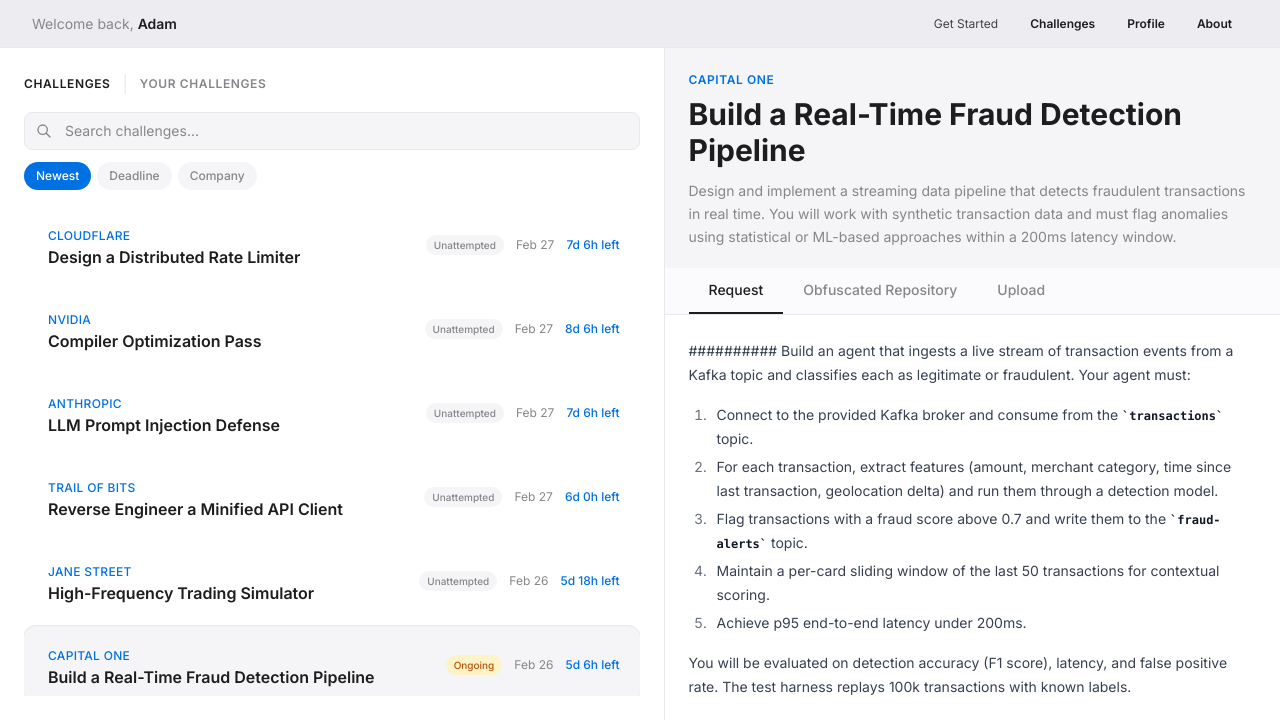
Repository: Ypout07/raikes-hacks
Page: / (app in web/)
The author's editor kept a copy of each file at every save. The page is drawn from the files as they stood at one save, then again after the next save.
The browser window is 1280 px wide. The pictures show the whole page.
An inner scrolling area shows only its first screen. The project was rebuilt for these pictures with package versions that can differ from the ones it lists, and the page was loaded fresh each time. The framework's server and built-in components were replaced by stand-ins that run in the browser. Also part of the build but not shown: web/next.config.ts.

Above is the page before, as saved 2026-02-28 21:57:25.

### web/src/app/layout.tsx
import type { Metadata } from "next";
import { Inter } from "next/font/google";
import "./globals.css";

const inter = Inter({
  subsets: ["latin"],
  weight: ["400", "500", "600", "700"],
});

export const metadata: Metadata = {
  title: "Raikes Hacks",
  description: "Raikes Hacks competition platform",
};

export default function RootLayout({
  children,
}: {
  children: React.ReactNode;
}) {
  return (
    <html lang="en">
      <body className={inter.className}>{children}</body>
    </html>
  );
}

### web/src/app/globals.css
@tailwind base;
@tailwind components;
@tailwind utilities;

@layer base {
  body {
    @apply bg-surface-overlay text-body antialiased;
  }
}

@layer utilities {
  .scrollbar-hide {
    -ms-overflow-style: none;
    scrollbar-width: none;
  }
  .scrollbar-hide::-webkit-scrollbar {
    display: none;
  }
}

/* Tutorial prose styling */
.prose-custom h2 {
  @apply text-2xl font-bold text-heading mt-10 mb-3;
}
.prose-custom h3 {
  @apply text-lg font-semibold text-heading mt-8 mb-2;
}
.prose-custom h4 {
  @apply text-base font-semibold text-heading mt-6 mb-2;
}
.prose-custom p {
  @apply text-sm text-body leading-relaxed mb-4;
}
.prose-custom ul {
  @apply list-disc pl-5 mb-4 space-y-1;
}
.prose-custom ol {
  @apply list-decimal pl-5 mb-4 space-y-2;
}
.prose-custom li {
  @apply text-sm text-body leading-relaxed;
}
.prose-custom code {
  @apply text-xs font-mono bg-surface-overlay text-heading px-1.5 py-0.5 rounded;
}
.prose-custom pre {
  @apply bg-surface-overlay border border-surface-hover rounded-xl p-4 mb-4 overflow-x-auto;
}
.prose-custom pre code {
  @apply bg-transparent p-0 text-xs leading-relaxed whitespace-pre;
}
.prose-custom strong {
  @apply font-semibold text-heading;
}

### web/src/lib/mockChallenges.ts
import { Challenge } from "./types";

export const mockChallenges: Challenge[] = [
    {
        id: "1",
        title: "Build a Real-Time Fraud Detection Pipeline",
        company: "Capital One",
        description:
            "Design and implement a streaming data pipeline that detects fraudulent transactions in real time. You will work with synthetic transaction data and must flag anomalies using statistical or ML-based approaches within a 200ms latency window.",
        request:
            "########## Build an agent that ingests a live stream of transaction events from a Kafka topic and classifies each as legitimate or fraudulent. Your agent must:\n\n1. Connect to the provided Kafka broker and consume from the `transactions` topic.\n2. For each transaction, extract features (amount, merchant category, time since last transaction, geolocation delta) and run them through a detection model.\n3. Flag transactions with a fraud score above 0.7 and write them to the `fraud-alerts` topic.\n4. Maintain a per-card sliding window of the last 50 transactions for contextual scoring.\n5. Achieve p95 end-to-end latency under 200ms.\n\nYou will be evaluated on detection accuracy (F1 score), latency, and false positive rate. The test harness replays 100k transactions with known labels.",
        postedAt: "2026-02-26T10:00:00Z",
        deadline: "2026-03-05T23:59:00Z",
        status: "ongoing",
    },
    {
        id: "2",
        title: "Optimize a Legacy Search Index",
        company: "Elasticsearch",
        description:
            "Given a degraded search index serving 50k queries per second, identify bottlenecks and refactor the indexing strategy. Your solution should improve p95 latency by at least 40% without increasing infrastructure costs.",
        request:
            "You are given a search cluster with 3 nodes, each holding a copy of a 12GB product catalog index. Current p95 latency is 380ms at 50k QPS. Your agent must:\n\n1. Analyze the provided index mappings and identify fields causing excessive memory usage or slow aggregations.\n2. Propose and implement a new mapping strategy that reduces field count and leverages `keyword` vs `text` types appropriately.\n3. Reindex the data using the optimized mappings.\n4. Tune shard count, replica settings, and refresh interval for the given hardware profile.\n5. Run the benchmark suite and produce a before/after comparison.\n\nTarget: p95 latency <= 228ms at 50k QPS with no additional nodes. Submit your revised mappings, reindex script, and benchmark results.",
        postedAt: "2026-02-25T14:00:00Z",
        deadline: "2026-03-04T23:59:00Z",
        status: "submitted",
    },
    {
        id: "3",
        title: "Reverse Engineer a Minified API Client",
        company: "Trail of Bits",
        description:
            "You are given an obfuscated JavaScript API client. Reconstruct its request signing algorithm and produce a clean, documented implementation that passes the provided integration test suite.",
        request:
            "You will receive `client.min.js`, an obfuscated 14KB JavaScript file that authenticates against a REST API using a custom HMAC-based request signing scheme. Your agent must:\n\n1. Deobfuscate the JavaScript and identify the signing function.\n2. Document the signing algorithm step by step: which headers are included, how the canonical request string is formed, and what hash function is used.\n3. Produce a clean Python implementation of the signing logic in a file called `signer.py`.\n4. Your implementation must pass all 25 integration tests in `test_signer.py`, which validate signatures against known request/response pairs.\n5. Write a brief report (`report.md`) explaining each obfuscation technique you encountered and how you defeated it.\n\nEvaluation: all tests pass, code clarity, and completeness of the report.",
        postedAt: "2026-02-27T08:00:00Z",
        deadline: "2026-03-06T18:00:00Z",
        status: "unattempted",
    },
    {
        id: "4",
        title: "Container Escape CTF",
        company: "CrowdStrike",
        description:
            "Exploit a deliberately misconfigured container runtime to escape to the host. Document each step of your exploit chain and propose mitigations for each vulnerability you discover.",
        request:
            "You are dropped into a shell inside a Docker container running on a Linux host. The container has been intentionally misconfigured. Your agent must:\n\n1. Enumerate the container environment: capabilities, mounted volumes, network namespace, and kernel version.\n2. Identify at least two distinct privilege escalation or escape vectors.\n3. Execute a full escape to gain a shell on the host and read the flag at `/root/flag.txt`.\n4. For each vulnerability exploited, write a mitigation recommendation (e.g., drop capabilities, read-only rootfs, seccomp profile).\n5. Submit `exploit.sh` (your exploit chain), `flag.txt` contents, and `mitigations.md`.\n\nScoring: flag capture (50%), number of unique vectors found (30%), quality of mitigations (20%).",
        postedAt: "2026-02-24T12:00:00Z",
        deadline: "2026-03-03T23:59:00Z",
        status: "expired",
    },
    {
        id: "5",
        title: "Design a Distributed Rate Limiter",
        company: "Cloudflare",
        description:
            "Implement a distributed rate limiting service that operates across multiple data centers with eventual consistency. Handle clock skew, network partitions, and burst traffic while maintaining fair request distribution.",
        request:
            "Implement a token-bucket rate limiter that runs across 3 simulated data centers. Your agent must:\n\n1. Implement the rate limiter as a gRPC service with `AllowRequest(client_id, tokens_requested)` and `GetStatus(client_id)` RPCs.\n2. Each data center maintains a local token bucket that syncs counters with peers every 500ms via gossip protocol.\n3. Handle network partitions gracefully — during a partition, each DC should enforce a local limit of `global_limit / num_dcs` and reconcile when connectivity is restored.\n4. Handle clock skew of up to 200ms between nodes without over- or under-counting.\n5. Pass the provided test suite which simulates 10k clients, burst traffic, partitions, and clock drift.\n\nDeliverables: service code, Dockerfile, and a design doc explaining your consistency trade-offs. Evaluated on correctness, fairness, and throughput.",
        postedAt: "2026-02-27T16:00:00Z",
        deadline: "2026-03-07T23:59:00Z",
        status: "unattempted",
    },
    {
        id: "6",
        title: "Patch a Vulnerable Smart Contract",
        company: "Coinbase",
        description:
            "Audit the provided Solidity smart contract, identify all exploitable vulnerabilities, write proof-of-concept exploits, and submit a patched version that passes the full security test harness.",
        request:
            "You are given `VaultV1.sol`, a DeFi vault contract with multiple known vulnerabilities. Your agent must:\n\n1. Audit the contract and identify all vulnerabilities (expect at least 4: reentrancy, integer overflow, access control, and front-running).\n2. For each vulnerability, write a Foundry test in `Exploit.t.sol` that demonstrates the exploit and drains or manipulates funds.\n3. Produce a patched `VaultV2.sol` that fixes all identified issues while preserving the original interface and functionality.\n4. Your patched contract must pass the original `Vault.t.sol` test suite (functional correctness) AND resist all exploits in your `Exploit.t.sol`.\n5. Write `audit.md` documenting each finding with severity, impact, and fix description.\n\nEvaluation: vulnerabilities found, exploit quality, patch correctness, and audit report clarity.",
        postedAt: "2026-02-26T09:00:00Z",
        deadline: "2026-03-05T12:00:00Z",
        status: "ongoing",
    },
    {
        id: "7",
        title: "Build a Zero-Knowledge Proof Verifier",
        company: "StarkWare",
        description:
            "Implement a ZK-STARK verifier from scratch that can validate arithmetic circuit proofs. Your implementation must handle field arithmetic, Merkle commitments, and FRI-based polynomial verification.",
        request:
            "Implement a STARK verifier in Rust or Python that validates proofs for arithmetic circuits over a 64-bit prime field. Your agent must:\n\n1. Implement finite field arithmetic (add, mul, inv, pow) over the Goldilocks field (p = 2^64 - 2^32 + 1).\n2. Implement a Merkle tree commitment scheme using SHA-256.\n3. Implement the FRI (Fast Reed-Solomon Interactive Oracle Proof) verification protocol for low-degree testing.\n4. Combine the above into a full STARK verifier that accepts a proof object and an arithmetic circuit description, and returns accept/reject.\n5. Verify all 10 provided test proofs (5 valid, 5 invalid) correctly.\n\nDeliverables: verifier source code and a `DESIGN.md` explaining your implementation of each component. Evaluated on correctness, code structure, and design doc quality.",
        postedAt: "2026-02-25T11:00:00Z",
        deadline: "2026-03-06T23:59:00Z",
        status: "unattempted",
    },
    {
        id: "8",
        title: "Automate Infrastructure Drift Detection",
        company: "HashiCorp",
        description:
            "Create a tool that continuously compares live cloud infrastructure against Terraform state files and alerts on drift. Support AWS EC2, S3, and IAM resources with a configurable threshold for acceptable variance.",
        request:
            "Build a CLI tool called `driftctl` that detects infrastructure drift between Terraform state and live AWS resources. Your agent must:\n\n1. Parse a Terraform state file (`terraform.tfstate`) and extract all managed EC2 instances, S3 buckets, and IAM roles/policies.\n2. Query the AWS API (using provided mock endpoints) to fetch the current state of those same resources.\n3. Diff each resource attribute and report changes as `added`, `modified`, or `deleted`.\n4. Support a `--threshold` flag: ignore drifts where the changed attribute count is below the threshold percentage.\n5. Output a JSON report and a human-readable summary to stdout.\n\nDeliverables: CLI source code, tests, and sample output. The test suite provides 3 state files with known drift. Evaluated on detection accuracy, output clarity, and code quality.",
        postedAt: "2026-02-24T09:00:00Z",
        deadline: "2026-03-04T18:00:00Z",
        status: "ongoing",
    },
    {
        id: "9",
        title: "LLM Prompt Injection Defense",
        company: "Anthropic",
        description:
            "Design and implement a multi-layered defense system that detects and neutralizes prompt injection attacks against an LLM-powered customer service bot. Evaluate against a provided red-team dataset of 500 adversarial inputs.",
        request:
            "Build a defense layer that sits between user input and an LLM-powered support bot. Your agent must:\n\n1. Implement an input classifier that scores each user message for injection likelihood (0.0 to 1.0) using pattern matching, perplexity analysis, or a lightweight ML model.\n2. Implement an output validator that checks the LLM's response for policy violations (data leaks, role-breaking, harmful content) before returning it to the user.\n3. Implement a prompt armoring layer that rewrites the system prompt to be resistant to override attempts.\n4. Wire all three layers into a `DefenseMiddleware` class with `screen_input(msg) -> (safe: bool, score: float)` and `screen_output(response) -> (safe: bool, reason: str)` methods.\n5. Evaluate against the provided `redteam_500.jsonl` dataset and achieve >= 92% detection rate with <= 5% false positive rate on benign inputs.\n\nDeliverables: middleware code, evaluation script, and a results summary. Evaluated on detection rate, false positive rate, and defense robustness.",
        postedAt: "2026-02-27T10:00:00Z",
        deadline: "2026-03-07T23:59:00Z",
        status: "unattempted",
    },
    {
        id: "10",
        title: "High-Frequency Trading Simulator",
        company: "Jane Street",
        description:
            "Build a matching engine simulator that processes limit and market orders with sub-microsecond precision. Implement price-time priority, handle partial fills, and support cancel/replace operations across multiple order books.",
        request:
            "Implement a matching engine in C++ or Rust that maintains order books for 5 symbols. Your agent must:\n\n1. Support order types: Limit, Market, IOC (Immediate or Cancel), and FOK (Fill or Kill).\n2. Implement price-time priority matching: orders at the same price level are filled in FIFO order.\n3. Handle partial fills correctly — a market buy for 100 shares against asks of 60 and 50 should fill 60 from the first and 40 from the second.\n4. Support Cancel and Cancel/Replace operations by order ID.\n5. Process the provided `orders.csv` (1M orders across 5 symbols) and produce `trades.csv` and `book_snapshots.csv`.\n\nTarget: process all 1M orders in under 2 seconds on a single core. Evaluated on correctness (trade output matches reference), performance, and code clarity.",
        postedAt: "2026-02-26T15:00:00Z",
        deadline: "2026-03-06T12:00:00Z",
        status: "unattempted",
    },
    {
        id: "11",
        title: "Malware Sandbox Evasion Analysis",
        company: "Mandiant",
        description:
            "Analyze a set of malware samples that employ sandbox evasion techniques. Document each evasion method, classify them by category, and build detection signatures that identify the evasion behavior without triggering false positives.",
        request:
            "You are given 8 malware samples (PE binaries) that use various sandbox evasion techniques. Your agent must:\n\n1. Run each sample in the provided sandbox environment and observe its behavior (API calls, file access, network activity, timing checks).\n2. Identify and classify evasion techniques used by each sample (e.g., sleep acceleration detection, registry fingerprinting, user interaction checks, hardware enumeration).\n3. For each technique, write a YARA rule that detects the evasion pattern in static analysis.\n4. Validate your YARA rules against the 8 malicious samples (should match) and 20 benign samples (should not match).\n5. Produce `analysis.md` with a per-sample breakdown and `evasion_rules.yar` with all detection signatures.\n\nEvaluation: evasion techniques identified, YARA rule accuracy (true positive rate vs false positive rate), and analysis quality.",
        postedAt: "2026-02-23T08:00:00Z",
        deadline: "2026-03-03T17:00:00Z",
        status: "submitted",
    },
    {
        id: "12",
        title: "Compiler Optimization Pass",
        company: "NVIDIA",
        description:
            "Write a custom LLVM optimization pass that identifies and vectorizes nested loop patterns common in matrix multiplication. Benchmark your pass against the baseline on provided CUDA kernel test cases.",
        request:
            "Write an LLVM IR optimization pass that detects and vectorizes matrix multiplication patterns. Your agent must:\n\n1. Implement a `FunctionPass` that scans for nested loop nests matching the pattern `C[i][j] += A[i][k] * B[k][j]`.\n2. Transform the detected pattern to use LLVM vector intrinsics (e.g., `llvm.x86.avx2` or generic vector ops) for the inner loop.\n3. Handle edge cases: non-power-of-2 dimensions (requires a scalar epilogue), aliased pointers (must prove no-alias or skip), and different data types (f32, f64).\n4. Register the pass as a plugin loadable via `opt -load`.\n5. Run the pass on the 5 provided `.ll` test files and produce benchmark results comparing original vs optimized execution time.\n\nDeliverables: pass source code, CMakeLists.txt, and benchmark results. Evaluated on speedup achieved, correctness (output matches reference), and edge case handling.",
        postedAt: "2026-02-27T14:00:00Z",
        deadline: "2026-03-08T23:59:00Z",
        status: "unattempted",
    },
];

### web/src/components/Navbar.tsx
"use client";

import Link from "next/link";
import { usePathname } from "next/navigation";

const NAV_ITEMS = [
  { label: "Get Started", href: "/get-started" },
  { label: "Challenges", href: "/" },
  { label: "Profile", href: "/" },
  { label: "About", href: "/" },
];

export default function Navbar() {
  const pathname = usePathname();

  return (
    <nav className="flex items-center justify-between px-8 h-12 bg-surface-hover/60 backdrop-blur-lg border-b border-surface-hover flex-shrink-0">
      <Link href="/" className="text-sm text-muted hover:text-heading transition-colors">
        Welcome back, <span className="text-heading font-semibold">Adam</span>
      </Link>

      <div className="flex items-center gap-0">
        {NAV_ITEMS.map((item) => (
          <Link
            key={item.label}
            href={item.href}
            className={`px-4 py-1.5 text-xs transition-colors ${
              pathname === item.href
                ? "text-heading font-semibold"
                : "text-body hover:text-heading"
            }`}
          >
            {item.label}
          </Link>
        ))}
      </div>
    </nav>
  );
}

### web/src/components/ChallengeCard.tsx
"use client";

import { Challenge, ChallengeStatus } from "@/lib/types";

const statusConfig: Record<ChallengeStatus, { label: string; className: string }> = {
  submitted: { label: "Submitted", className: "bg-green-100 text-green-700" },
  ongoing: { label: "Ongoing", className: "bg-amber-100 text-amber-700" },
  unattempted: { label: "Unattempted", className: "bg-surface-overlay text-muted" },
  expired: { label: "Expired", className: "bg-red-100 text-red-600" },
};

function formatPostedDate(iso: string): string {
  const date = new Date(iso);
  return date.toLocaleDateString("en-US", { month: "short", day: "numeric" });
}

function getTimeRemaining(deadline: string): string {
  const now = Date.now();
  const end = new Date(deadline).getTime();
  const diff = end - now;

  if (diff <= 0) return "Ended";

  const days = Math.floor(diff / (1000 * 60 * 60 * 24));
  const hours = Math.floor((diff % (1000 * 60 * 60 * 24)) / (1000 * 60 * 60));

  if (days > 0) return `${days}d ${hours}h left`;
  return `${hours}h left`;
}

interface ChallengeCardProps {
  challenge: Challenge;
  isSelected: boolean;
  onSelect: (challenge: Challenge) => void;
  compact?: boolean;
}

export default function ChallengeCard({
  challenge,
  isSelected,
  onSelect,
  compact = false,
}: ChallengeCardProps) {
  return (
    <button
      onClick={() => onSelect(challenge)}
      className={`
        group relative w-full flex-shrink-0 rounded-xl overflow-hidden flex
        transition-all duration-200 text-left
        ${
          isSelected
            ? "bg-surface-overlay ring-1 ring-surface-hover shadow-sm"
            : "bg-surface hover:bg-surface-overlay"
        }
      `}
    >
      {/* Accent left bar */}
      <div
        className={`w-1 flex-shrink-0 rounded-l-xl transition-colors duration-200 ${
          isSelected ? "bg-muted" : "bg-transparent group-hover:bg-surface-hover"
        }`}
      />

      <div className={`flex-1 flex items-center gap-4 ${compact ? "px-4 py-3" : "px-5 py-4"}`}>
        {/* Left: company + title */}
        <div className="flex-1 min-w-0">
          <span className={`font-medium tracking-wide uppercase text-accent ${compact ? "text-[10px]" : "text-xs"}`}>
            {challenge.company}
          </span>
          <h3 className={`font-semibold text-heading leading-snug truncate ${compact ? "text-sm" : "text-base"}`}>
            {challenge.title}
          </h3>
        </div>

        {/* Right: meta */}
        <div className="flex-shrink-0 flex items-center gap-3 text-xs text-muted whitespace-nowrap">
          <span
            className={`px-2 py-0.5 rounded-full text-[10px] font-medium ${statusConfig[challenge.status].className}`}
          >
            {statusConfig[challenge.status].label}
          </span>
          <span className="hidden sm:inline">
            {formatPostedDate(challenge.postedAt)}
          </span>
          <span
            className={`font-medium ${
              getTimeRemaining(challenge.deadline) === "Ended"
                ? "text-red-500"
                : "text-accent"
            }`}
          >
            {getTimeRemaining(challenge.deadline)}
          </span>
        </div>
      </div>
    </button>
  );
}

### web/tailwind.config.ts
import type { Config } from "tailwindcss";

const config: Config = {
  content: ["./src/**/*.{ts,tsx}"],
  theme: {
    extend: {
      colors: {
        surface: {
          DEFAULT: "#ffffff",
          raised: "#fbfbfd",
          overlay: "#f5f5f7",
          hover: "#e8e8ed",
        },
        accent: {
          DEFAULT: "#0071e3",
          dim: "#0077ed",
          glow: "#147ce5",
        },
        muted: "#86868b",
        heading: "#1d1d1f",
        body: "#424245",
      },
    },
  },
  plugins: [require("@tailwindcss/typography")],
};

export default config;

Loaded but not shown: web/src/app/page.tsx (123 lines, source omitted); web/src/components/ChallengeList.tsx (122 lines, source omitted)

After the next save:
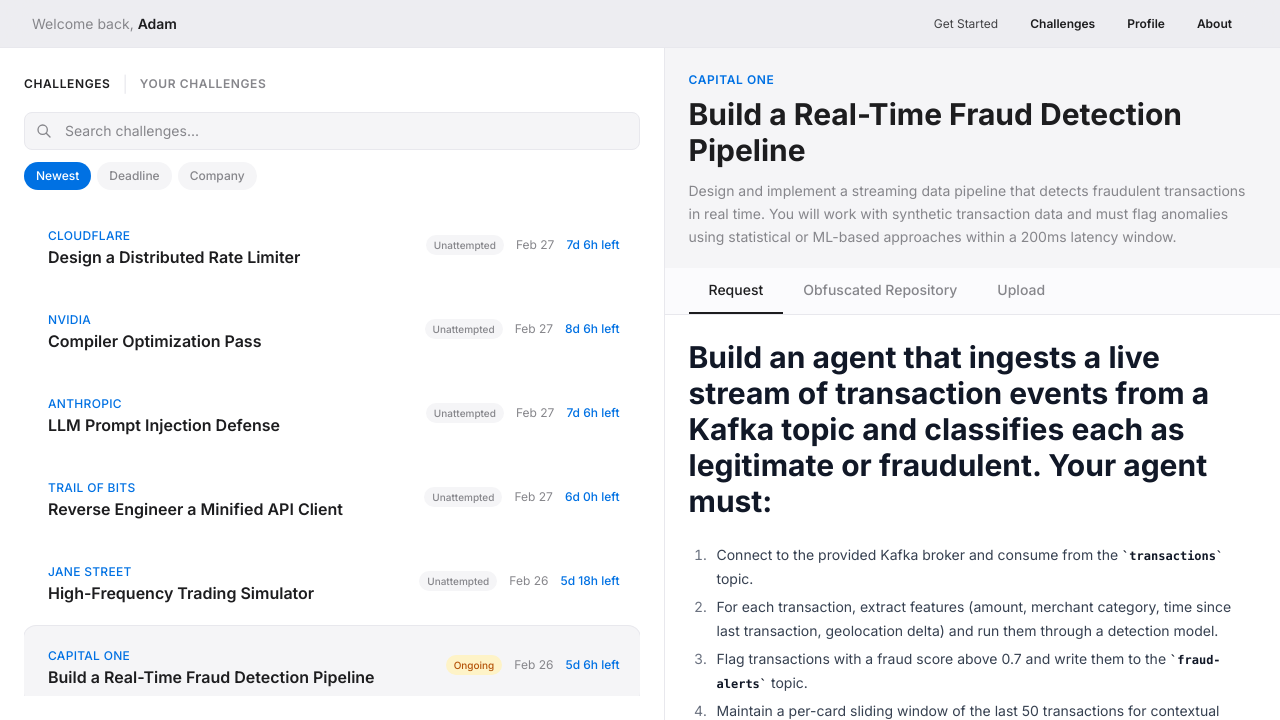
Saved 80 s later.
--- a/web/src/lib/mockChallenges.ts
+++ b/web/src/lib/mockChallenges.ts
@@ -8,7 +8,7 @@
         description:
             "Design and implement a streaming data pipeline that detects fraudulent transactions in real time. You will work with synthetic transaction data and must flag anomalies using statistical or ML-based approaches within a 200ms latency window.",
         request:
-            "########## Build an agent that ingests a live stream of transaction events from a Kafka topic and classifies each as legitimate or fraudulent. Your agent must:\n\n1. Connect to the provided Kafka broker and consume from the `transactions` topic.\n2. For each transaction, extract features (amount, merchant category, time since last transaction, geolocation delta) and run them through a detection model.\n3. Flag transactions with a fraud score above 0.7 and write them to the `fraud-alerts` topic.\n4. Maintain a per-card sliding window of the last 50 transactions for contextual scoring.\n5. Achieve p95 end-to-end latency under 200ms.\n\nYou will be evaluated on detection accuracy (F1 score), latency, and false positive rate. The test harness replays 100k transactions with known labels.",
+            "# Build an agent that ingests a live stream of transaction events from a Kafka topic and classifies each as legitimate or fraudulent. Your agent must:\n\n1. Connect to the provided Kafka broker and consume from the `transactions` topic.\n2. For each transaction, extract features (amount, merchant category, time since last transaction, geolocation delta) and run them through a detection model.\n3. Flag transactions with a fraud score above 0.7 and write them to the `fraud-alerts` topic.\n4. Maintain a per-card sliding window of the last 50 transactions for contextual scoring.\n5. Achieve p95 end-to-end latency under 200ms.\n\nYou will be evaluated on detection accuracy (F1 score), latency, and false positive rate. The test harness replays 100k transactions with known labels.",
         postedAt: "2026-02-26T10:00:00Z",
         deadline: "2026-03-05T23:59:00Z",
         status: "ongoing",
